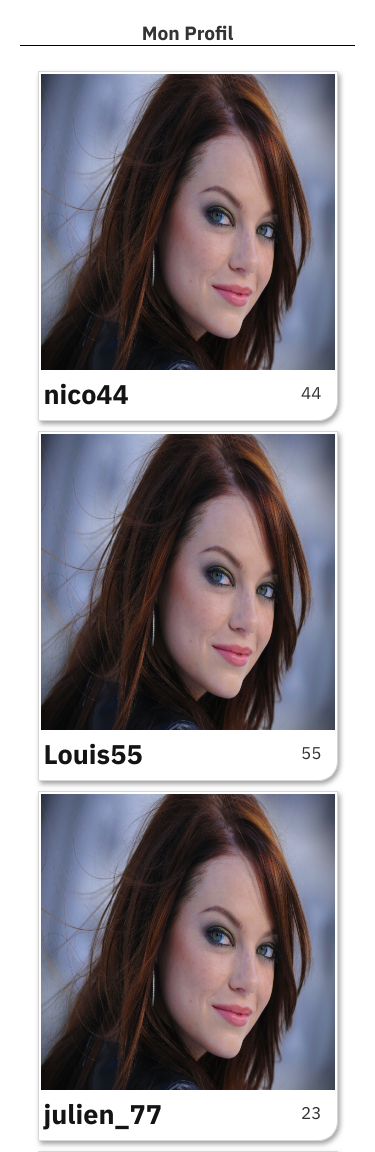
Repository: remi77130/forum
Page: http://localhost/Forum/profil_membre.php
These files come from the project's save history. The page is drawn as it stood at one moment and after the next save; the edit follows.
The browser window is 375 px wide. The pictures show the part of the page from y = 0 to 1152 px (the page is 2226 px tall).
Pictures or frames that could not be fetched are drawn as grey boxes. The page is run by PHP 8.4 with error messages shown; the project is at /var/www/html/. The session is filled in as if someone had signed in: {"id": 1, "pseudo": "testuser", "mail": "test@example.com"}. Other server files are loaded and not shown. The database holds what the project's SQL file puts in it.

Above is the page before, as saved 2022-08-15 16:21:45.

### profil_membre.php
<!-- Page affichage des membres -->
<!DOCTYPE html>
<html lang="en">
<link rel="stylesheet" href="assets/profil_membre.css">



<style>
@import url('https://fonts.googleapis.com/css2?family=IBM+Plex+Sans:ital,wght@0,400;0,500;0,700;1,400&family=Lato&display=swap');
</style>

<style>@import url('https://fonts.googleapis.com/css2?family=IBM+Plex+Sans:ital,wght@0,400;0,500;0,700;1,400&family=Lato&display=swap');
</style>

<body>


<?php

require 'require/database.php';
include 'profil.php';
include 'includes/head.php';

?>




<?php

$requser = "SELECT * FROM membres ORDER BY id DESC";
$requete = $bdd->query($requser);
// RECUPERE LES DONEES
$articles = $requete->fetchAll(); ?>



<header class="header_profil_membre">
    <div class="profil_link">
<a href="profil.php?id=<?= $_SESSION['id'] ?>">Mon Profil</a>  <!-- aFFICHAGE  PROFIL SI ID EXISTE-->
    </div>
</header>





<section class="hero_index">

<?php foreach($articles as $articles) :?>



<a href="profil.php?id=<?= $articles['id']?>"> <div class="user_container">

<img src="membres\avatars/<?php echo $articles['avatar']; ?>" alt="photo_profil" width="150">


<div class="user_info">

<div>
    <h2><?php echo $articles['pseudo'] ?>
</div>

<div class="age">
    <span><?php echo $articles['age'] ?></span> </h2>
</div>



</div>

</a>

    </div>



    <?php endforeach; ?>
</section>

</body>


</html>

### require/database.php
<?php


try{
    // LIVE $bdd = new PDO('mysql:host=localhost;dbname=oemr6702_forum;charset=utf8;', 'oemr6702_remi', 'Remi123&');
     $bdd = new PDO('mysql:host=localhost;dbname=forum;charset=utf8;', 'root', '');

}



catch(Exception $e){

    die('Une erreur à été trouvée : ' . $e->getMessage());
}

### profil.php
<?php
include 'verif.php'; // BDD AND SESSION
include 'includes/head.php';
?>


<?php
if(isset($_GET['id']) AND $_GET['id'] > 0) {
?>
<?php include 'includes/get_message.php';?>

<html>

<head>

<link rel="stylesheet" href="assets/profil.css">
<link rel="preconnect" href="https://fonts.googleapis.com">
<link rel="preconnect" href="https://fonts.gstatic.com" crossorigin>
<link href="https://fonts.googleapis.com/css2?family=IBM+Plex+Sans:ital,wght@0,400;0,500;0,700;1,400&display=swap" rel="stylesheet">
</head>

   <body>

      <section class="section_profil_membre">            <!-- Profil visible-->

   <div class="profil_membre">



   <div>
     <img src="membres\avatars/<?php echo $userinfo['avatar']; ?>" alt="photo_profil"><br>

   </div>

   <div class="info_profil">

   <div>
      <h2><?php echo $userinfo['pseudo']; ?></h2>

   </div>



   <div class="descr_profil">

   <p>
   <?php echo $userinfo['description_profil']; ?>
   </p>

   </div>



   <div class="created_profil">

   <p>

   <?php echo "profil crée le " .$userinfo['createdAt']; ?>

   </p>

   </div>

 </div>

</div>

<!-- MESSAGERIE  -->
<div class="parent_message_profil_user">

<div class="message_profil_user">
      <?php
         if($_SESSION['id'] != $userinfo['id']){
      ?>
        <form method="POST" >
        <label style="display:block">Objet:</label>

         <input class="input_object_form_profil" type="submittext" name="objet" <?php if(isset($o)) {  echo 'value="'.$o.'"'; } ?> /> </br>
         <label style="display:block">  Pièce jointe : </label><br>

         <input class="input_file_form_profil" type="file" name="img_msg"> <br><br>

         <label style="display:block">  Ecrire un message : </label><br>
         <textarea placeholder="Votre message" name="message"></textarea><br>

         <input class="input_submit_form_profil" type="submit" value="Envoyer" name="envoi_message" />

        </form>
</div> <!--FIN MESSAGERIE  -->
</div> <!--FIN PARENT MESSAGERIE  -->

         <?php if(isset($error)) { echo '<span style="color:red">'.$error.'</span>';

         }
         ?>

<div>
   <a href="profil_membre.php">Acceuil</a>

</div>

        <?php

         }



      ?>

      </div>


<!------------------------ REQUETE AFFICHAGE ALBUM PHOTO -------->


<?php
$req = $bdd->prepare("SELECT nom, type from images INNER JOIN membres on membres.id=images.id WHERE membres.id=?");
 // REQUETE DE SELECTION DANS LA BDD JOINTURE DE TABLES
$req->setFetchMode(PDO::FETCH_ASSOC);
$req->execute(array($_GET["id"]));
$tab=$req->fetchAll();
?>

<!-- LOOP : AFFICHE DES IMAGES -->

<?php // AFFICHAGE IMAGES ALBUM
include 'Images_album.php';

?>


                <!----LIKE DISLIKE EN COURS DE DEV


<a href="actions/action.php?t=1&id=<?= $id ?>">J'aime</a> (15) <br> <br>  t pour le type d'action <br>
<a href="actions/action.php?t=2&id=<?= $id ?>">Je n'aime pas </a>(5) <br> ---->



         <!--//////////////////// FICHE PROFIL PRIVEE USERS CONNECT    ///////////////////---->

         <?php
         if(isset($_SESSION['id']) AND $userinfo['id'] == $_SESSION['id']) { // SI USER CONNECT


         ?>
       <!---   FORM ENVOIE PHOTO ALBUM -------->
<?php include 'form_send_album_profil.html'; ?>
<?php include 'option_profil.php'; ?>

</div>

<!---- AJOUT PHOTO ALBUM --->

<?php include 'limit_send_album.php'; ?>


<!-- ON VERIFIE SI LUTILISATEUR N'A PAS DEPASSE LA LIMITE D'ENVOIE D'IMAGE-->

<?php

   // ON récupère la limitation d'ajout de l'image
   $reqparam = $bdd->prepare('SELECT * FROM param WHERE id = 1');
   $reqparam->execute();
   $param = $reqparam->fetch();
   if(count($tab)<$param['limit_image_album']){ // STARTIF OF LIMIT IMAGE : Si le compteur utilisateur est inférieur à la limitation d'ajout d'image aux albums
?>




 <?php
   }

else{ // ELSE OF LIMIT ALBUM
 ?>
    <p style="color:red"> Vous avez atteint la limite d'ajout d'images. <p>
   <?php
      } // ENDIF OF LIMIT ALBUM
   ?>



   <?php
      }
      ?>


      </section>

   <!-- Commentaires---->
<div class="comment_profil">

<?php
include 'comment.php';
include 'send_comment.php';

?>
</div>

<?php

?>
      </section>


   </body>
</html>

<?php
}
?>

### verif.php
<?php
session_start();
require 'require/database.php';

?>

### includes/head.php

<head>
    <meta charset="UTF-8">
    <meta http-equiv="X-UA-Compatible" content="IE=edge">
    <meta name="viewport" content="width=device-width, initial-scale=1.0">
    <title>Chanderland</title>
</head>

### assets/profil_membre.css
*
{
    margin: 0;
    padding: 0;

    box-sizing: border-box;

}


.header_profil_membre
{
display: flex;
border-bottom: 0.5px solid black;
justify-content: center;
margin: 20px;
}


.profil_link a
{
text-decoration: none;
color: #333;
font-size: 1.2em;
font-weight: bold;
font-family: 'IBM Plex Sans';


}

.profil_link a:hover{

    color: rgb(0, 0, 0);
    transition: 50ms;
}

/*
CONTAINER PROFIL MEMBRES
*/
.hero_index
{
    display: flex;
    flex-wrap: wrap;
    justify-content: center;
}

.user_container
{

    margin: 2px;
    width: 300px;
    height: 350px;
    margin: 5px;
    box-shadow: 2px 3px 5px rgba(77, 77, 77, 0.53);
    border-bottom-right-radius: 20px;
    border: 0.5px solid rgba(176, 176, 176, 0.491);

}

@media screen and (max-width: 500px) {
    .user_container {
      border: 5px slid red;
    }
  }


.user_container:hover
{
    box-shadow: 1px 1px 5px rgba(148, 148, 148, 0.53);

}

.user_container a{
    text-decoration: none;
}

.user_container img
{
    width: 100%;
    height: 300px;
    padding: 2px;
}

.user_info
{
    display: flex;
    height: auto;
    color: rgb(20, 20, 20);
    font-size:18px;
    font-family: 'IBM Plex Sans';
    justify-content: space-between;

}

.age{

    margin:5px 15px 0px 0px;
}

.user_info div{
    margin-left: 5px;
}



.user_info span{

font-size: 17px;
color: #333;

}

### forum (1).sql (the tables this page reads)
CREATE TABLE `membres` (
  `id` int(11) NOT NULL,
  `pseudo` varchar(255) NOT NULL,
  `mail` varchar(255) NOT NULL,
  `avatar` varchar(255) NOT NULL,
  `mdp` text NOT NULL,
  `age` int(11) NOT NULL,
  `sexe` text NOT NULL,
  `description_profil` text NOT NULL,
  `astrologie` varchar(255) NOT NULL,
  `image_membre` varchar(255) NOT NULL,
  `confirmKey` varchar(255) NOT NULL,
  `confirme` int(1) NOT NULL
) ENGINE=InnoDB DEFAULT CHARSET=utf8mb4;

INSERT INTO `membres` (`id`, `pseudo`, `mail`, `avatar`, `mdp`, `age`, `sexe`, `description_profil`, `astrologie`, `image_membre`, `confirmKey`, `confirme`) VALUES
(1, 'zzzzzzzz', 'patrick@gmail.com', 'default.jpg', '8cb2237d0679ca88db6464eac60da96345513964', 88, 'Homme', '', '', '', '', 0),
(2, 'test', '56448448758554@gmail.com', '2.jpg', '8cb2237d0679ca88db6464eac60da96345513964', 89, 'Homme', ' ma descitption\r\n                 ', '', '', '', 0),
(3, 'robert3', 'robert@gmail.com', '3.jpg', '8cb2237d0679ca88db6464eac60da96345513964', 56, 'Homme', ' \r\n                 ', '', '', '', 0),
(4, 'julien_77', 'patrick2@gmail.com', 'default.jpg', '453cf2486f88c411f9ad608b563aef965cedb15d', 23, 'Homme', '', '', '', '', 0),
(5, 'Louis55', 'lousi@gmail.com', 'default.jpg', '8cb2237d0679ca88db6464eac60da96345513964', 55, 'Homme', '', '', '', '', 0),
(6, 'nico44', '4444@gmail.com', 'default.jpg', '8cb2237d0679ca88db6464eac60da96345513964', 44, 'Homme', '', '', '', '', 0);

ALTER TABLE `membres`
  ADD PRIMARY KEY (`id`);

ALTER TABLE `membres`
  MODIFY `id` int(11) NOT NULL AUTO_INCREMENT, AUTO_INCREMENT=7;

After the next save:
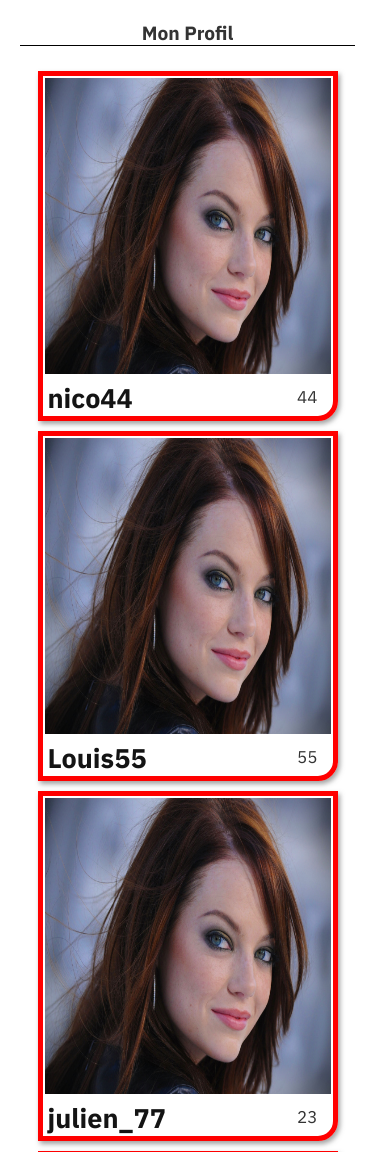
Saved 34 s later.
--- a/assets/profil_membre.css
+++ b/assets/profil_membre.css
@@ -59,7 +59,7 @@
 
 @media screen and (max-width: 500px) {
     .user_container {
-      border: 5px slid red;
+      border: 5px solid red;
     }
   }
 
